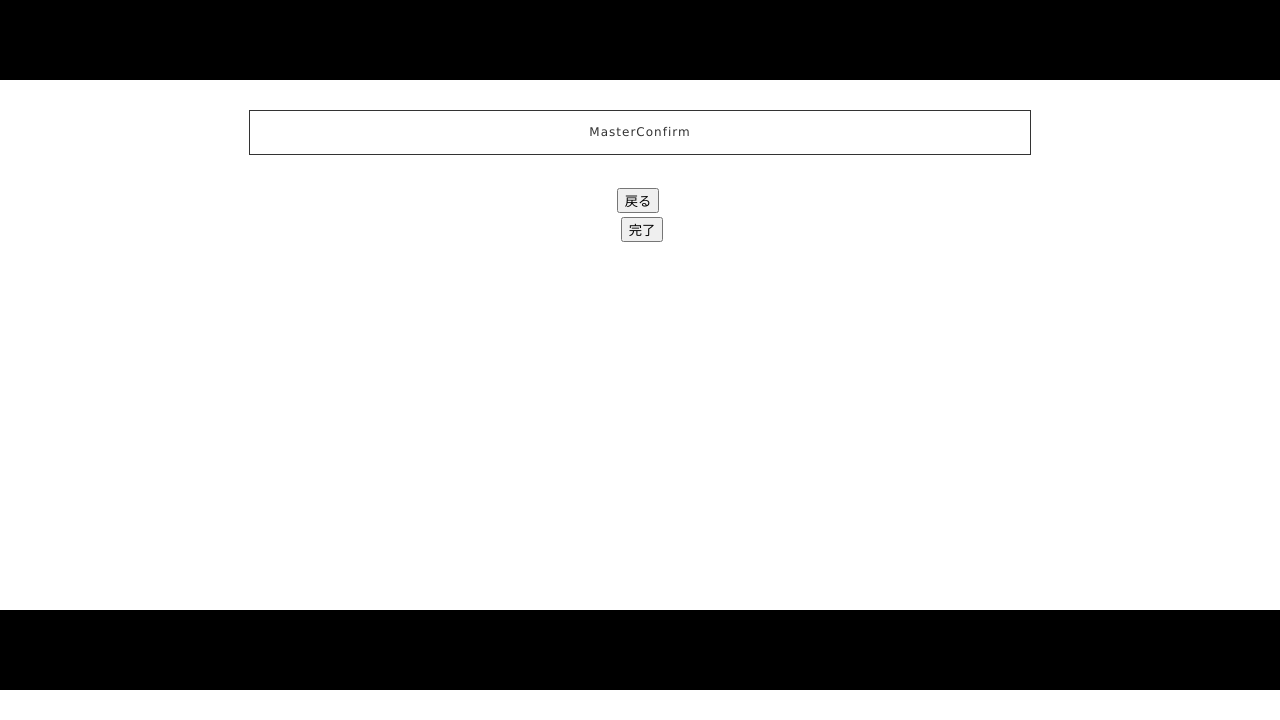
Repository: kanav0208/test
Page: http://localhost/ecsite/masterConfirm.jsp
These files come from the project's save history. The page is drawn as it stood at one moment and after the next save; the edit follows.
The browser window is 1280 px wide. The pictures show the whole page.
Some web libraries are served in a nearby version. The page is served by Tomcat 9.

Above is the page before, as saved 2018-02-27 02:38:00.

After the next save:
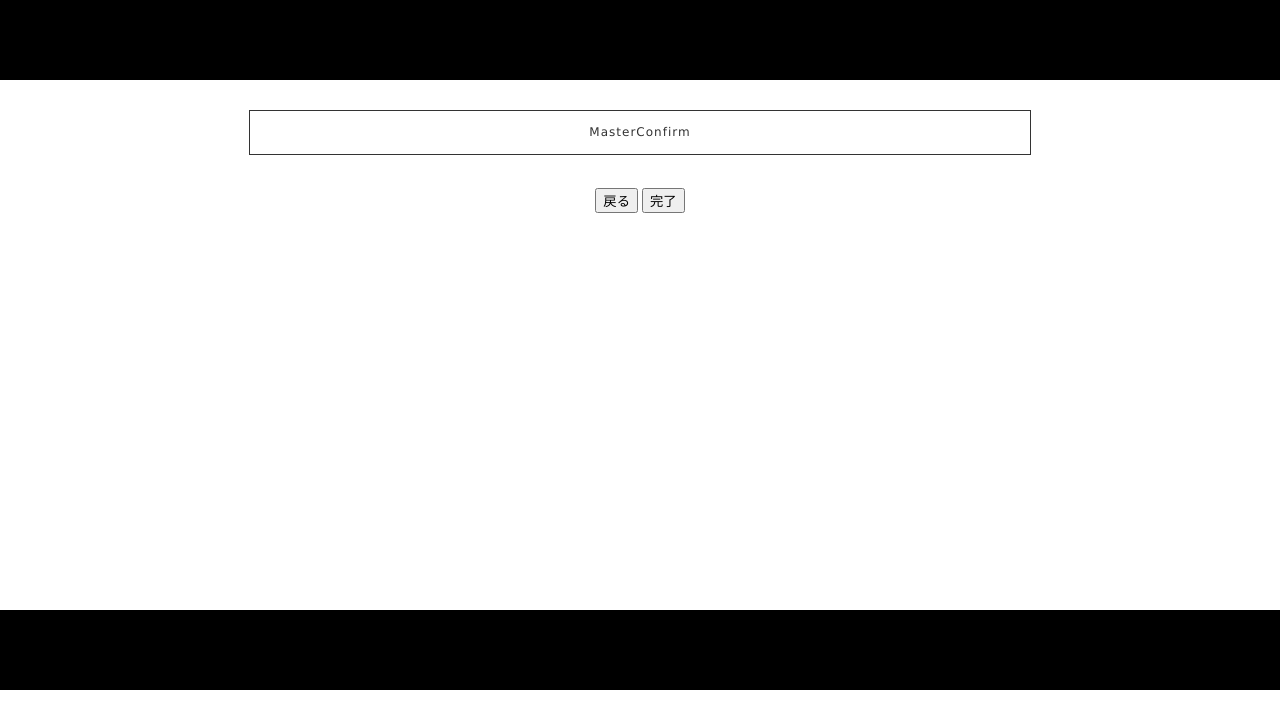
Saved 9 min 19 s later.
--- a/ecsite/WebContent/masterConfirm.jsp
+++ b/ecsite/WebContent/masterConfirm.jsp
@@ -58,6 +58,12 @@
 			clear:both;
 		}
 	</style>
+	<script type="text/javascript">
+		function submitAction(url) {
+			$('form').attr('action', url);
+			$('form').submit();
+		}
+	</script>
 </head>
 <body>
 	<div id="header">
@@ -103,7 +109,7 @@
 						<input type="button" value="戻る" onclick="submitAction('HomeAction')"/>
 					</td>
 					<td>
-						<s:submit value="完了" />
+						<input type="button" value="完了" onclick="submitAction('MasterConfirmAction')"/>
 					</td>
 				</tr>
 			</s:form>
